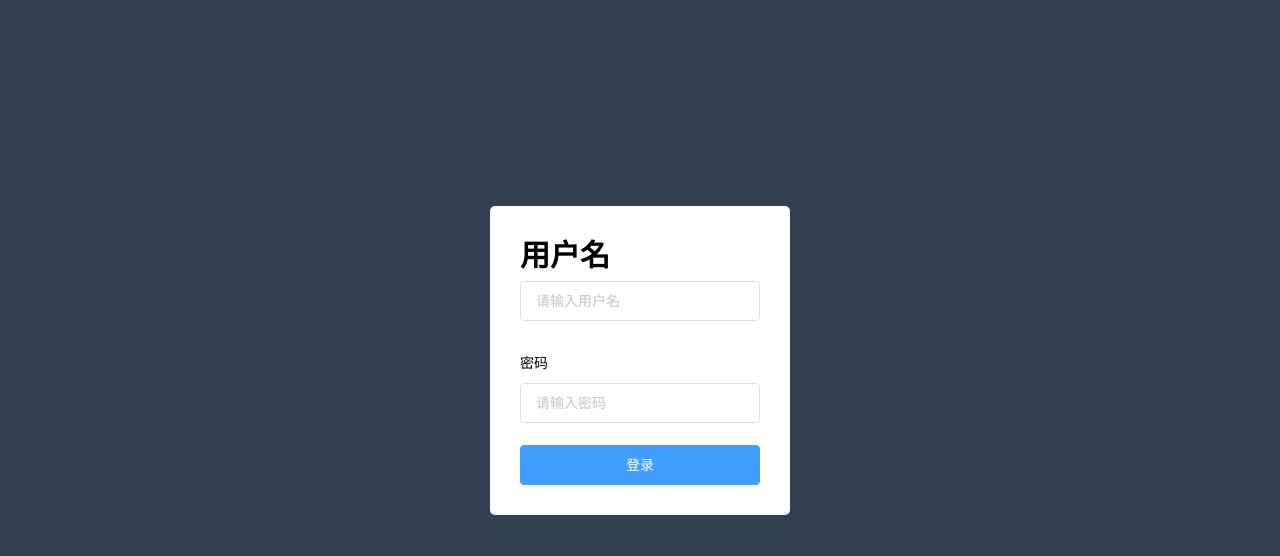
Repository: coWhy/blog-admin
Page: /#/login
An editor plug-in stored every save of this project. The page is shown before and after the next save, followed by the edit.
The browser window is 1280 px wide. The pictures show the whole page.
The page's requests for data from a server got no answer. The project was rebuilt for these pictures with package versions that can differ from the ones it lists, and the page was loaded fresh each time. No one was signed in, and anything a server would have sent is missing. Also part of the build but not shown: vue.config.js.

Above is the page before, as saved 2020-04-27 04:01:43.

After the next save:
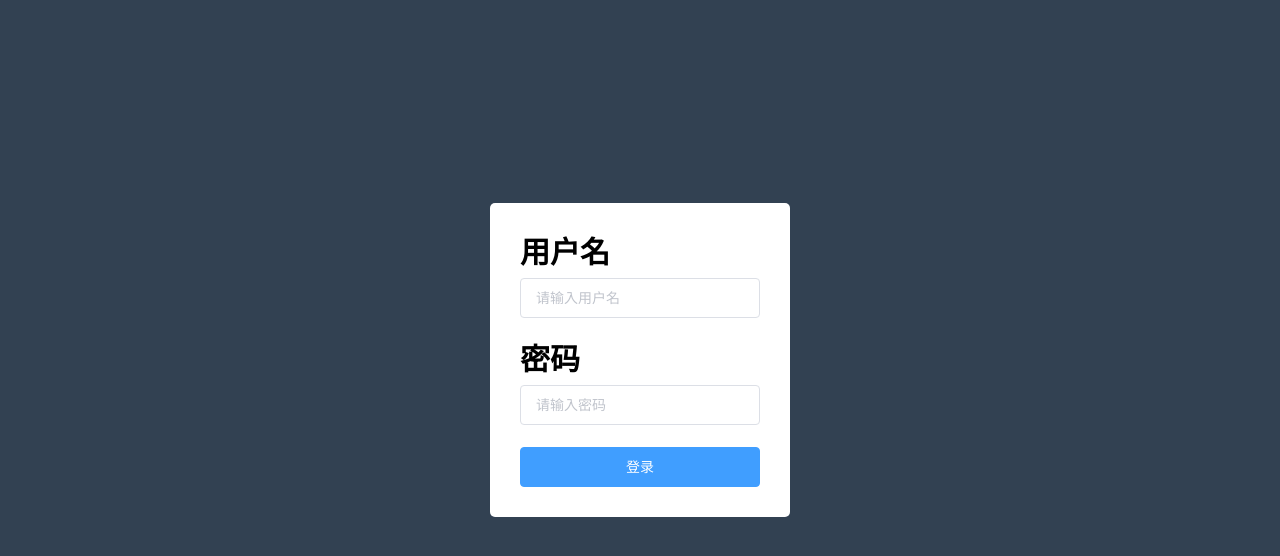
Saved 5 s later.
--- a/src/views/login/index.vue
+++ b/src/views/login/index.vue
@@ -11,7 +11,7 @@
         <el-input v-model="form.username" placeholder="请输入用户名"></el-input>
       </el-form-item>
       <el-form-item>
-        <span>密码</span>
+        <span class="label">密码</span>
         <el-input
           v-model="form.password"
           placeholder="请输入密码"
